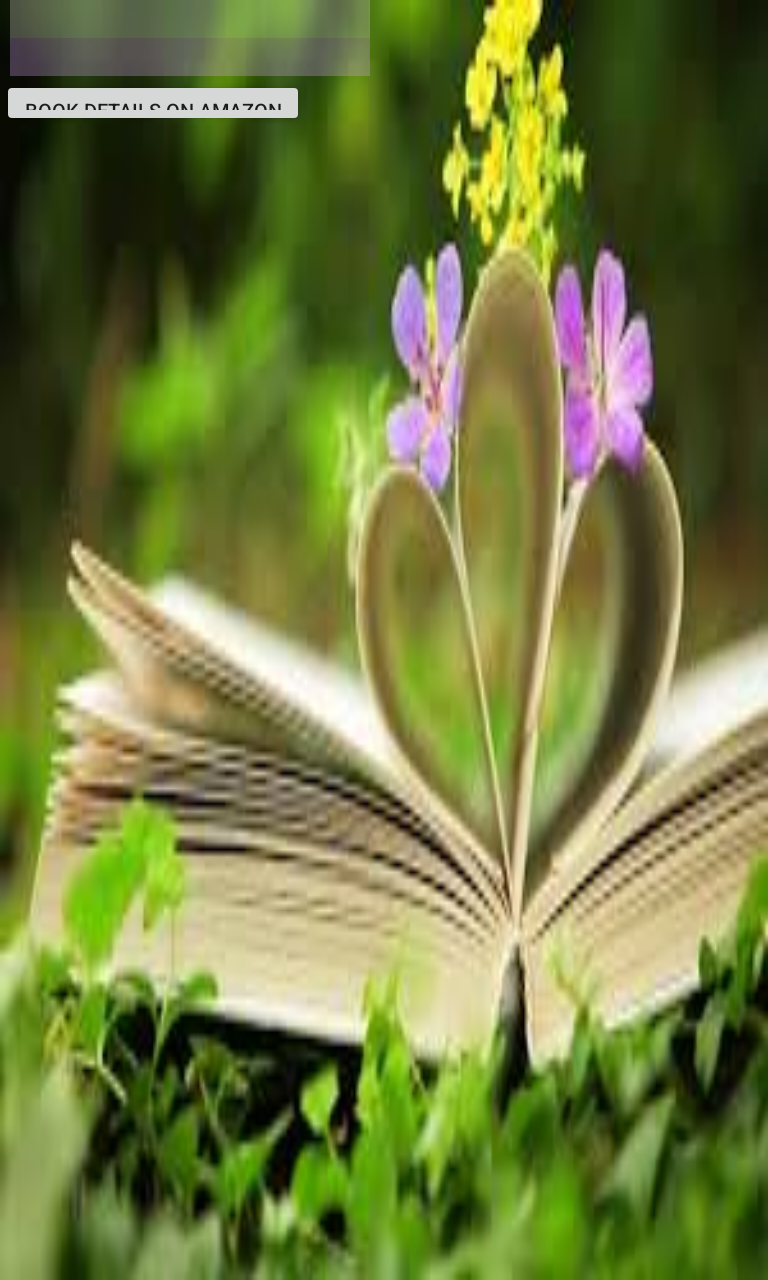
Repository: arianaantonio/MDF3_Antonio
Layout: Readable/res/layout/widget_layout.xml
The author's editor kept a copy of each file at every save. The layout is drawn from the files as they stood at one save, then again after the next save.
It is drawn on a 768 x 1280 px phone screen (xhdpi) without system bars, with theme AppTheme; the app's code is not run.

Above is the layout before, as saved 2014-08-21 03:13:37.

After the next save:
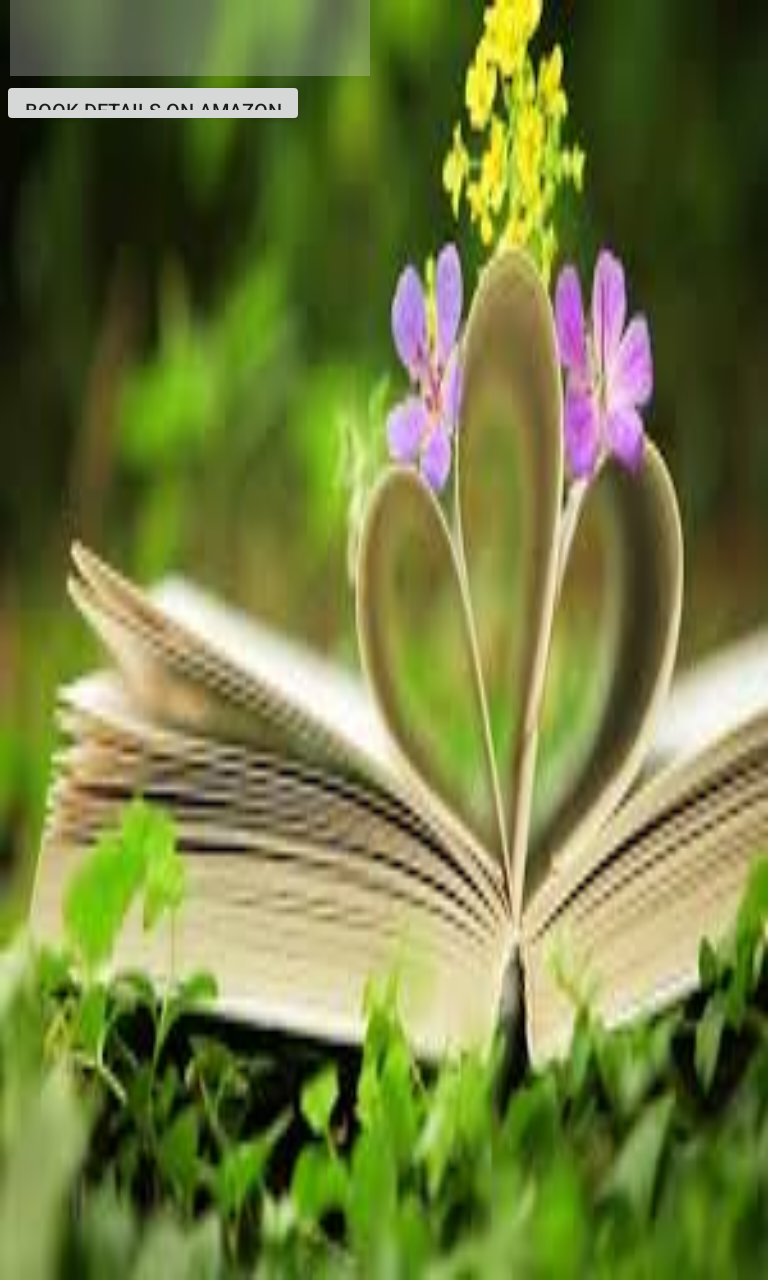
Saved 103 s later.
--- a/Readable/res/layout/widget_layout.xml
+++ b/Readable/res/layout/widget_layout.xml
@@ -32,7 +32,7 @@
             android:layout_width="180dp"
             android:layout_height="wrap_content"
             android:gravity="left"
-            android:background="@color/lavender"
+            android:background="@color/lightgrey"
             android:text=""
             android:textColor="@color/black"
             android:layout_marginLeft="5dp" >
